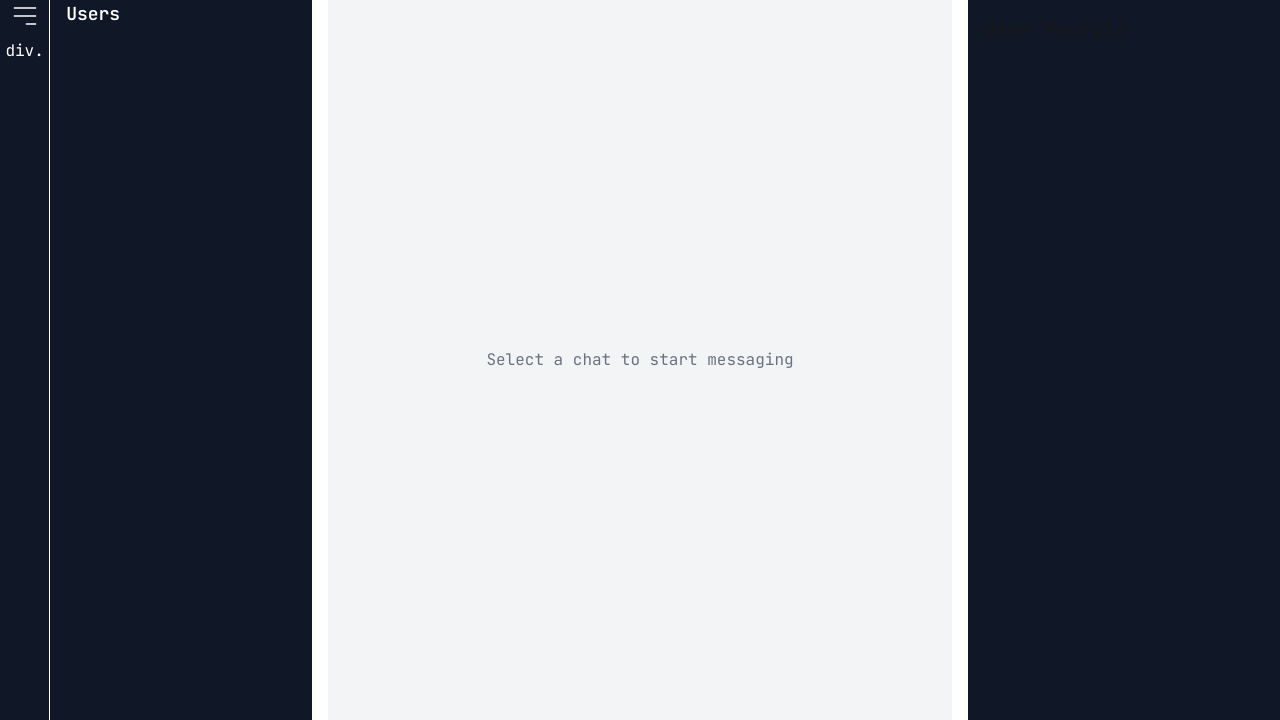
Repository: Sync-Decode/chat-app
Page: /
An editor plug-in stored every save of this project. The page is shown before and after a run of saves, followed by the edit.
The browser window is 1280 px wide. The pictures show the whole page.
The page's requests for data from a server got no answer. The project was rebuilt for these pictures with package versions that can differ from the ones it lists, and the page was loaded fresh each time. The framework's server and built-in components were replaced by stand-ins that run in the browser. No one was signed in, and anything a server would have sent is missing. Also part of the build but not shown: next.config.mjs, src/components/Menu.jsx, src/components/Chatview.jsx.

Above is the page before, as saved 2025-06-21 16:34:37.

### src/app/layout.js
import { JetBrains_Mono } from 'next/font/google'
import './globals.css'

const jetBrains = JetBrains_Mono({
  variable: '--font-JetBrains_Mono',
  subsets: ['latin'],
})

export const metadata = {
  title: 'Lisp Chat',
  description: 'Chat and connect with fellow tweeps',
}

export default function RootLayout({ children }) {
  return (
    <html lang="en">
      <body className={`${jetBrains.className}  antialiased flex flex-col justify-center items-center w-full h-svh`}>
        {children}
      </body>
    </html>
  )
}

### src/app/page.js
'use client'
import { useIsMobile } from '@/hooks/useIsMobile'
import { useIsTablet } from '@/hooks/useIsTablet'
import { useIsDesktop } from '@/hooks/useIsDesktop'
import { useViewStore } from '@/store/store'
import { useRouter } from 'next/navigation'
import Sidebar from '@/components/Sidebar'
import Chat from '@/components/Chat'
import Profile from '@/components/Profile'
import Loading from '@/components/Loading'
const Home = () => {
  const view = useViewStore((s) => s.view)
  const setView = useViewStore((s) => s.setView)
  const isMobile = useIsMobile()
  const isTablet = useIsTablet()
  const isDesktop = useIsDesktop()
  const router = useRouter()
  const sessionTest = true

  const renderHome = () => {
    if (!sessionTest) {
      router.push('/auth/signin')
      return
    }

    if (isMobile) {
      if (view === 'sidebar') return <Sidebar />
      if (view === 'chat') return <Chat />
      if (view === 'profile') return <Profile />
      return
    }

    if (isTablet) {
      setView('chat')
      return (
        <div className="w-screen max-w-screen-2xl h-svh flex gap-4 ">
          <div className="flex-1 w-full h-full">
            <Sidebar />
          </div>

          <div className="flex-2 w-full h-full">
            {view === 'chat' && <Chat />}
            {view === 'profile' && <Profile />}
          </div>
        </div>
      )
    }


    if (isDesktop) {
      return (
        <div className="w-screen max-w-screen-2xl h-svh flex gap-4 ">
          <div className="flex-1">
            <Sidebar />
          </div>

          <div className="flex-2">
            <Chat />
          </div>

          <div className="flex-1">
            <Profile />
          </div>
        </div>
      )
    }
    return <Loading />
  }
  return renderHome()
}

export default Home

### src/app/globals.css
@import 'tailwindcss';
@tailwind base;
@tailwind components;
@tailwind utilities;

:root {
  --background: #ffffff;
  --foreground: #171717;
}

@theme inline {
  --color-background: var(--background);
  --color-foreground: var(--foreground);
  --font-sans: var(--font-geist-sans);
  --font-mono: var(--font-geist-mono);
}

@media (prefers-color-scheme: dark) {
  :root {
    --background: #0a0a0a;
    --foreground: #ededed;
  }
}

* {
  box-sizing: border-box;
  margin: 0;
  scrollbar-width: 0;
}

*::-webkit-scrollbar{
  display: none
}



@layer base {
  p {
    @apply text-sm font-light;
  }

  h6 {
    @apply text-base;
  }

  h5 {
    @apply text-lg;
  }

  h4 {
    @apply text-xl;
  }
  h3 {
    @apply text-2xl font-light;
  }
  h2 {
    @apply text-3xl;
  }
  h1 {
    @apply text-4xl;
  }
}

body {
  background: var(--background);
  color: var(--foreground);
}

### src/hooks/useIsMobile.js
'use client'
import { useEffect, useState } from 'react'

export function useIsMobile() {
  const [isMobile, setIsMobile] = useState(false)

  useEffect(() => {
    const check = () => setIsMobile(window.innerWidth < 768)
    check()
    window.addEventListener('resize', check)
    return () => window.removeEventListener('resize', check)
  }, [])

  return isMobile
}

### src/hooks/useIsTablet.js
'use client'
import { useState, useEffect } from 'react'

export const useIsTablet = () => {
  const [isTablet, setIsTablet] = useState(false)
  useEffect(() => {
    const check = () =>
      setIsTablet(window.innerWidth > 768 && window.innerWidth < 1024)
    check()
    window.addEventListener('resize', check)
    return () => window.removeEventListener('resize', check)
  }, [])
  return isTablet
}

### src/hooks/useIsDesktop.js
"use client"
import { useState, useEffect } from 'react'

export const useIsDesktop = () => {
  const [isDesktop, setIsDesktop] = useState(false)
  useEffect(() => {
    const check = () => setIsDesktop(window.innerWidth > 1024)
    check()
    window.addEventListener('resize', check)
    return () => window.removeEventListener('resize', check)
  }, [])
  return isDesktop
}

### src/store/store.js
// store/viewStore.js
import { create } from 'zustand'
import supabase from '@/lib/supabase'

//view store
export const useViewStore = create((set) => ({
  view: 'sidebar', // 'sidebar' | 'chat' | 'profile'
  setView: (view) => set({ view: view }),
}))

// login view store
export const useLoginViewStore = create((set) => ({
  loginType: 'signin',
  setLoginType: (type) => set({ loginType: type }),
}))

//session store
export const useSession = create((set) => ({
  session: null,
  hasFetchedSession: false,

  fetchSession: async () => {
    const session = supabase.auth.getSession()

    if (session) {
      await supabase.from('users').upsert({
        user_id: data.session.user.id,
        email: data.session.user.email,
        username: data.session.user.user_metadata.name || '',
        avatar_url: data.session.user.user_metadata.avatar_url || '',
      })
    }

    set({ session: session, hasFetchedSession: true })

    return null
  },
}))

//menu store
export const useMenu = create((set) => ({
  isMenuHidden: true,
  setIsMenuHidden: () =>
    set((state) => ({
      isMenuHidden: !state.isMenuHidden,
    })),
}))

// signup store
export const useSignupInfo = create((set) => ({
  username: '',
  setUsername: (username) => set({ username }),
  email: '',
  setEmail: (email) => set({ email }),
  password: '',
  setPassword: (password) => set({ password }),
}))

// users store
export const useUsersStore = create((set) => ({
  users: [],
  error: null,
  currentUserID: null,

  fetchUsers: async () => {
    try {
      const session = supabase.auth.getSession()
      const currentUserID = session.data.session?.user?.id
      set({ currentUserID })

      if (!currentUserID) {
        throw new Error('Not authenticated')
      }

      const { data, error } = await supabase
        .from('users')
        .select('user_id, username, avatar_url, is_online, email')
        .neq('user_id', currentUserID)

      if (error) throw error

      set({ users: data })
      console.log('FetchedUsers', data)
    } catch (err) {
      set({ error: err.message || 'Error fetching users' })
      console.error('Error fetching users:', err.message)
    }
  },
}))

//chat store
export const useChatStore = create((set) => ({
  selectedChatId: null,
  otherUser: null,
  setOtherUser: (user) => set({ otherUser: user }),
  setSelectedChatId: (id) => set({ selectedChatId: id }),
  setSelectedChat: (chat) => set({ selectedChat: chat }),
  fetchChat: async (chatId) => {
    try {
      const { data, error } = await supabase
        .from('chats')
        .select('*')
        .eq('chat_id', chatId)
        .single()

      if (error) throw error

      set({ selectedChat: data })
      console.log('Fetched chat:', data)
    } catch (err) {
      console.error('Error fetching chat:', err.message)
    }
  },
}))

### src/components/Sidebar.jsx
import { useMenu, useViewStore } from '@/store/store'
import { useIsMobile } from '@/hooks/useIsMobile'
import { PiChatsFill } from 'react-icons/pi'
import Menu from './Menu'
import Hamburger from './Hamburger'
import UserList from './UserList'

export default function Sidebar() {
  const setView = useViewStore((s) => s.setView)
  const isMenuHidden = useMenu((s) => s.isMenuHidden)
  const setIsMenuHidden = useMenu((s) => s.setIsMenuHidden)
  const isMobile = useIsMobile((s) => s.isMobile)

  return (
    <div className="relative w-full h-full flex bg-gray-900 text-white">
      <div className="flex-1 flex flex-col justify-start items-center  border-r">
        <div onClick={() => setIsMenuHidden((prev) => !prev)}>
          <Hamburger />
        </div>
        div.
      </div>

      <div className="relative flex-5 h-full pl-4 overflow-y-auto">
        <div className="sticky top-0 flex items-center justify-between">
          <h3 className="text-lg font-semibold">Users</h3>
        </div>
        {!isMenuHidden && <Menu />}
        <UserList />
      </div>
    </div>
  )
}

### src/components/Chat.jsx
// components/Chat.js

import { useViewStore } from '@/store/store'
import { useIsMobile } from '@/hooks/useIsMobile'
import { useIsDesktop } from '@/hooks/useIsDesktop'
import { useChatStore } from '@/store/store'
import ChatView from './Chatview'
import { useEffect } from 'react'

const Chat = () => {
  //Chat panel component
  // This component serves as the main chat interface, displaying the selected chat and providing navigation options

  const selectedChatId = useChatStore((s) => s.selectedChatId)

  return (
    <div className="relative w-full h-full flex flex-col bg-gray-800 overflow-scroll ">
      <div className="relative flex-1 w-full max-h-full flex flex-col bg-gray-100">

        {selectedChatId ? (
          <ChatView chatId={selectedChatId} />
        ) : (
          <div className="flex items-center justify-center h-full text-gray-500">
            Select a chat to start messaging
          </div>
        )}
      </div>
    </div>
  )
}
export default Chat

### src/components/Profile.jsx
// components/Profile.js

import { useViewStore } from '@/store/store'
import { useIsDesktop } from '@/hooks/useIsDesktop'

export default function Profile() {
  const setView = useViewStore((s) => s.setView)
  const isDesktop = useIsDesktop()

  return (
    <div className="w-full h-full  p-4 bg-gray-900 border-0">
      <h3 className="text-xl mb-4">User Profile</h3>
      {!isDesktop && (
        <button
          onClick={() => setView('chat')}
          className="bg-yellow-600 px-4 py-2 rounded"
        >
          Back to Chat
        </button>
      )}
    </div>
  )
}

### src/components/Loading.jsx
import React from 'react'

const Loading = () => {
  return <div className="fixed top-0 left-0 w-full h-full flex flex-col justify-center items-center"><p>Loading...</p></div>
}

export default Loading

### src/lib/supabase.js
import { createClient } from '@supabase/supabase-js'

const supabaseUrl = process.env.NEXT_PUBLIC_SUPABASE_URL
const supabaseAnonKey = process.env.NEXT_PUBLIC_SUPABASE_ANON_KEY
const supabase = createClient(supabaseUrl, supabaseAnonKey)
export default supabase

### src/components/Hamburger.jsx
import { useMenu } from '@/store/store'
const Hamburger = () => {
  const isMenuHidden = useMenu((s) => s.isMenuHidden)
  return (
    <div>
      <button className="rounded-md focus:outline-none   select-none ">
        {isMenuHidden ? (
          <svg
            className="h-8 w-8 text-white"
            xmlns="http://www.w3.org/2000/svg"
            fill="none"
            viewBox="0 0 24 24"
            stroke="currentColor"
          >
            <path
              strokeLinecap="round"
              strokeLinejoin="round"
              strokeWidth={1}
              d="M4 6h16M4 12h16m-7 6h7"
            />
          </svg>
        ) : (
          <svg
            xmlns="http://www.w3.org/2000/svg"
            className="h-6 w-6 text-white"
            fill="none"
            viewBox="0 0 24 24"
            stroke="currentColor"
            strokeWidth={2}
          >
            <path
              strokeLinecap="round"
              strokeLinejoin="round"
              d="M6 18L18 6M6 6l12 12"
            />
          </svg>
        )}
      </button>
    </div>
  )
}

export default Hamburger

### src/components/UserList.jsx
import { useUsersStore } from '@/store/store'
import { IoChatbubbleEllipsesOutline } from 'react-icons/io5'
import { useEffect } from 'react'
import supabase from '@/lib/supabase'
import { useChatStore, useViewStore } from '@/store/store'

export default function UserList() {
  const setView = useViewStore((s) => s.setView)
  const users = useUsersStore((s) => s.users)
  const fetchUsers = useUsersStore((s) => s.fetchUsers)
  const setSelectedChatId = useChatStore((s) => s.setSelectedChatId)
  const setOtherUser = useChatStore((s) => s.setOtherUser)

  useEffect(() => {
    fetchUsers()
    console.log('Users :', users)
  }, [])

  useEffect(() => {
    console.log('Users fetched:', users)
  }, [users])

  const fetchMessages = async (chatId) => {
    const { data, error } = await supabase
      .from('messages')
      .select('message_id, sender_id, content, created_at, edited_at')
      .eq('chat_id', chatId)
      .order('created_at', { ascending: true })

    if (error) {
      console.error('Error fetching messages:', error.message)
      return []
    }

    return data
  }

  const handleUpsertChat = async (otherUser) => {
    const currentUserId = useUsersStore.getState().currentUserID

    if (!currentUserId || !otherUser.user_id) return

    // Step 1: Check if a chat exists with exactly these 2 members
    const { data: existingChats, error: chatFetchError } = await supabase
      .from('chat_members')
      .select('chat_id')
      .in('user_id', [currentUserId, otherUser.user_id])

    if (chatFetchError) {
      console.error('Failed to fetch chat memberships', chatFetchError)
      return null
    }

    const chatCount = existingChats.reduce((acc, curr) => {
      acc[curr.chat_id] = (acc[curr.chat_id] || 0) + 1
      return acc
    }, {})

    const existingChatId = Object.entries(chatCount).find(
      ([, count]) => count === 2
    )?.[0]

    if (existingChatId) {
      setSelectedChatId(existingChatId)
      const { data: chat } = await supabase
        .from('chats')
        .select('*')
        .eq('chat_id', existingChatId)
        .single()

      return chat
    }

    // Step 2: Create new chat
    const { data: newChat, error: createError } = await supabase
      .from('chats')
      .insert({
        type: 'dm',
        created_by: currentUserId,
      })
      .select()
      .single()

    if (createError) {
      console.error('Failed to create chat', createError)
      return null
    }

    // Step 3: Add both users to chat_members
    const { error: memberInsertError } = await supabase
      .from('chat_members')
      .insert([
        {
          chat_id: newChat.chat_id,
          user_id: currentUserId,
          role: 'admin',
        },
        {
          chat_id: newChat.chat_id,
          user_id: otherUser.user_id,
          role: 'member',
        },
      ])

    if (memberInsertError) {
      console.error('Failed to add members', memberInsertError)
      return null
    }

    return newChat
  }

  return (
    <div className="w-full h-full overflow-y-auto">
      {users.map((user) => (
        <div
          key={user.user_id}
          className="p-2 border-b  border-b-slate-700 hover:bg-gray-800"
          onClick={async () => {
            handleUpsertChat(user)
            console.log('Selected user:', user)
            setOtherUser(user)
            setView('chat')
          }}
        >
          <div className="flex p-4 items-center gap-4  cursor-pointer ">
            {user.avatar_url?.trim() ? (
              <img src={user.avatar_url} className="w-8 h-8 rounded-full" />
            ) : (
              <img
                src="/fallback-avatar.png"
                className="w-8 h-8 rounded-full"
              />
            )}

            <span>{user.username || user.email}</span>
            {user.is_online && (
              <span className="text-green-500 text-xs ml-2">● Online</span>
            )}
            <div className="self-end" onClick={() => handleUpsertChat(user)}>
              <IoChatbubbleEllipsesOutline width={32} height={32} />
            </div>
          </div>
        </div>
      ))}
    </div>
  )
}

After the next 2 saves:
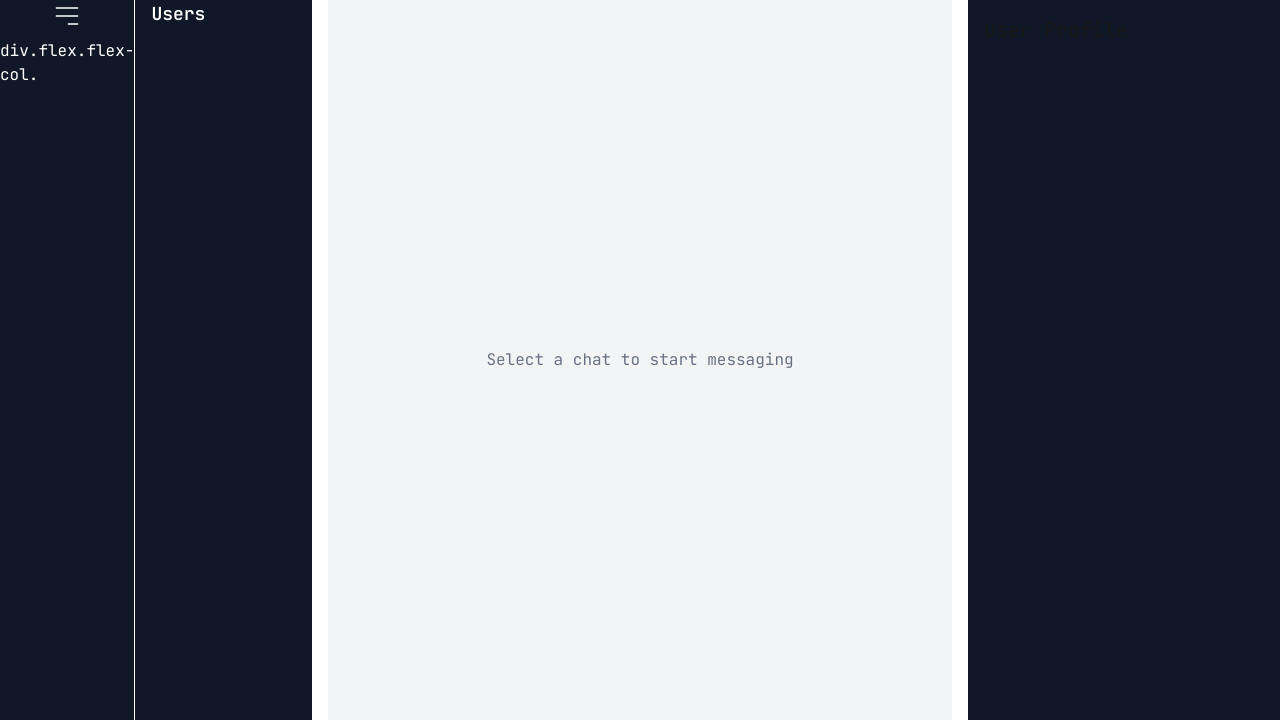
The 2 saves are shown as one change because they came seconds apart.
The last was saved 11 s later.
--- a/src/components/Sidebar.jsx
+++ b/src/components/Sidebar.jsx
@@ -17,7 +17,7 @@ export default function Sidebar() {
         <div onClick={() => setIsMenuHidden((prev) => !prev)}>
           <Hamburger />
         </div>
-        div.
+        div.flex.flex-col.
       </div>
 
       <div className="relative flex-5 h-full pl-4 overflow-y-auto">
